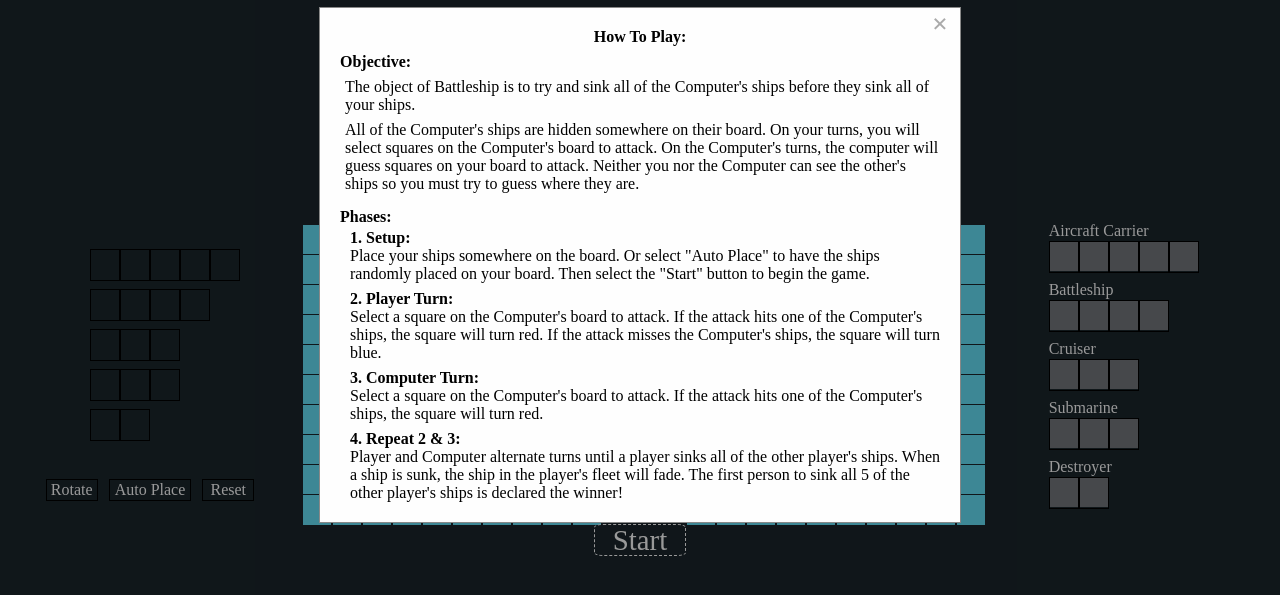
Repository: J-Haze/BattleshipApp
Page: /
The author's editor kept a copy of each file at every save. The page is drawn from the files as they stood at one save, then again after the next save.
The browser window is 1280 px wide. The pictures show the whole page.
The project was rebuilt for these pictures with package versions that can differ from the ones it lists, and the page was loaded fresh each time. Also part of the build but not shown: src/index.css, src/Components/ModalEnd.js.

Above is the page before, as saved 2020-09-26 21:27:06.

After the next save:
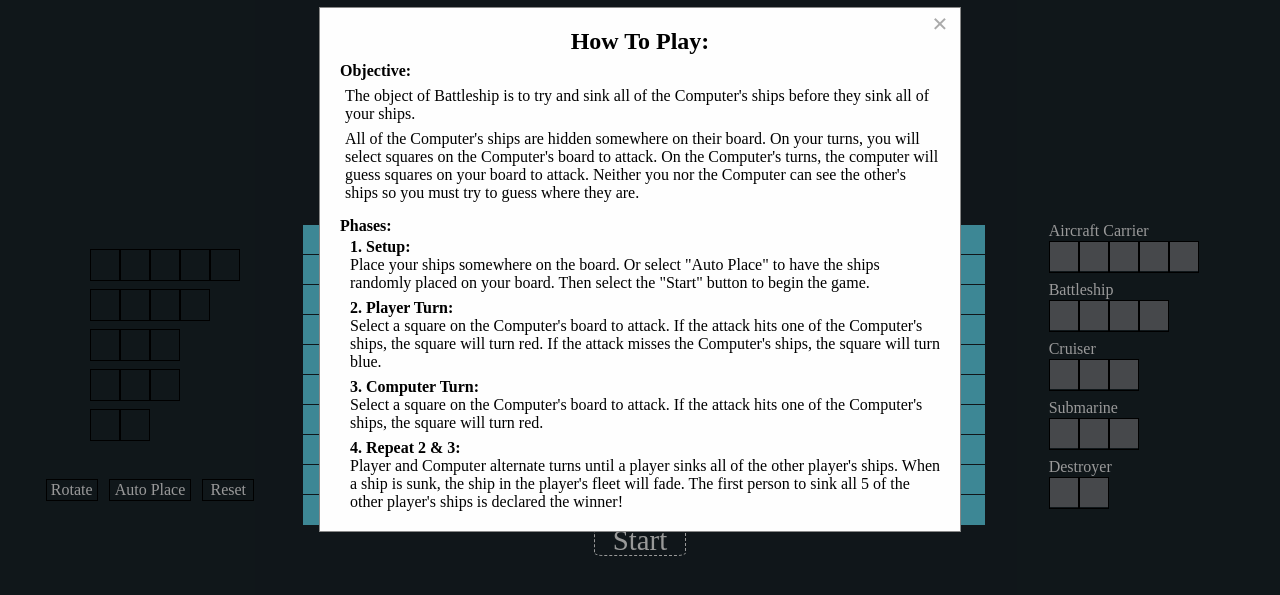
Saved 5 min 0 s later.
--- a/src/App.css
+++ b/src/App.css
@@ -471,5 +471,9 @@ header {
 
 .howToTop{
     margin-top: 10px;
-    font-size:
-}
+    font-size: 1.5em;
+}
+
+.head{
+    font-size: 1.5em;
+}
